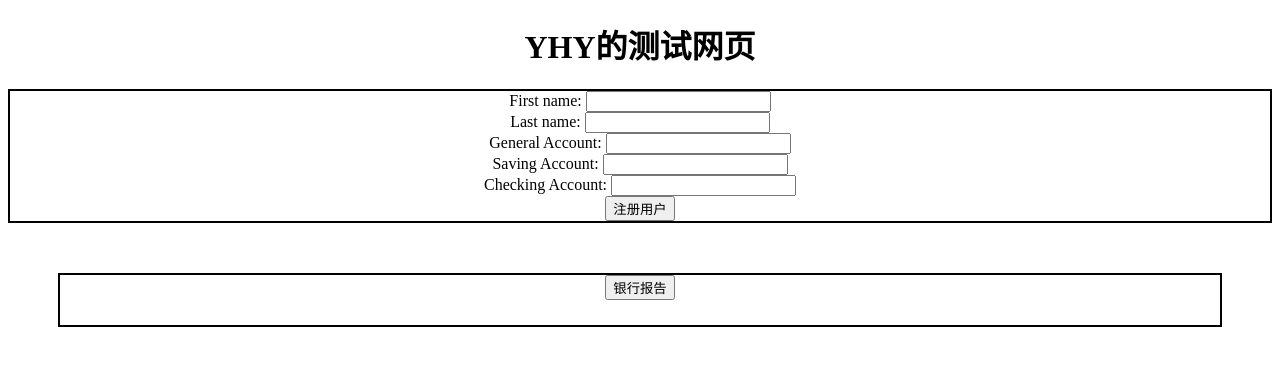
Repository: Darkmoon1/Bank-java-
Page: Bank/myBank/WebContent/home.html
The author's editor kept a copy of each file at every save. The page is drawn from the files as they stood at one save, then again after the next save.
The browser window is 1280 px wide. The pictures show the whole page.

Above is the page before, as saved 2017-07-13 18:11:22.

### Bank/myBank/WebContent/home.html
<!DOCTYPE html>
<html lang="en">
<head>
	<meta charset="UTF-8">
    <meta name="viewport"
          content="width=device-width, user-scalable=no, initial-scale=1.0, maximum-scale=1.0, minimum-scale=1.0">
    <meta http-equiv="X-UA-Compatible" content="text/html">
    <script type="text/javascript" src="js/jquery.js"></script>
    <script type="text/javascript" src="js/test.js"></script>
    <style type="text/css">
    body{
        text-align:center;
    }
    div{
    	border: 2px solid black;
    }

    h1{
    	left:
    }
    .re{
    	height: 50px;
    	margin: 50px;
    }

    </style>
<title>bank</title>
</head>
	<body>
	<h1>YHY的测试网页</h1>
	<div>
	<form action="MyServlet" method="post">
	<label>First name:</label>
	<input	id="fname" type="text" name="fname" required="required"/>
	<br>
	<label>Last name: </label>
  	<input id="lname" type="text" name="lname" required="required"/>
	<br>
  	<label>General Account:</label>
  	<input id="GA" type="text" name="GA" required="required"/>
	<br>
  	<label>Saving Account:</label>
  	<input id="SA" type="text" name="SA" required="required"/>
	<br>
  	<label>Checking Account:</label>
  	<input id="CA" type="text" name="CA" required="required"/>
	<br>
  	<input  id="regist"	type="submit"  value = "注册用户" />
	</form>
	</div>
	<div class = "re">
	<form action="MyReportServlet" method = "post">
	<input  id="report" type="submit" value = "银行报告"/>
	</form>

	</div>
</body>
</html>

### Bank/myBank/WebContent/js/test.js
function regist(){


}

Loaded but not shown: Bank/myBank/WebContent/js/jquery.js (library)

After the next save:
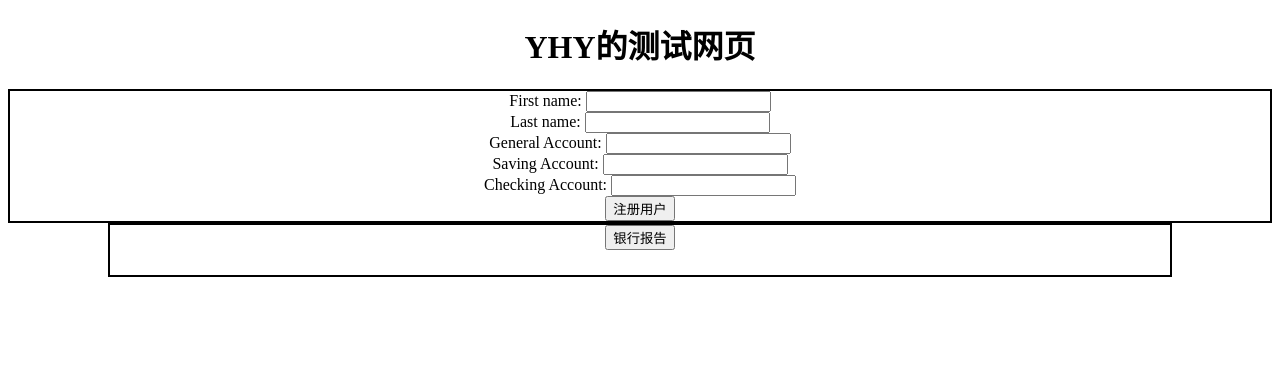
Saved 37 s later.
--- a/Bank/myBank/WebContent/home.html
+++ b/Bank/myBank/WebContent/home.html
@@ -20,7 +20,8 @@
     }
     .re{
     	height: 50px;
-    	margin: 50px;
+    	margin-left: 100px;
+    	margin-right: 100px;
     }
 
     </style>
